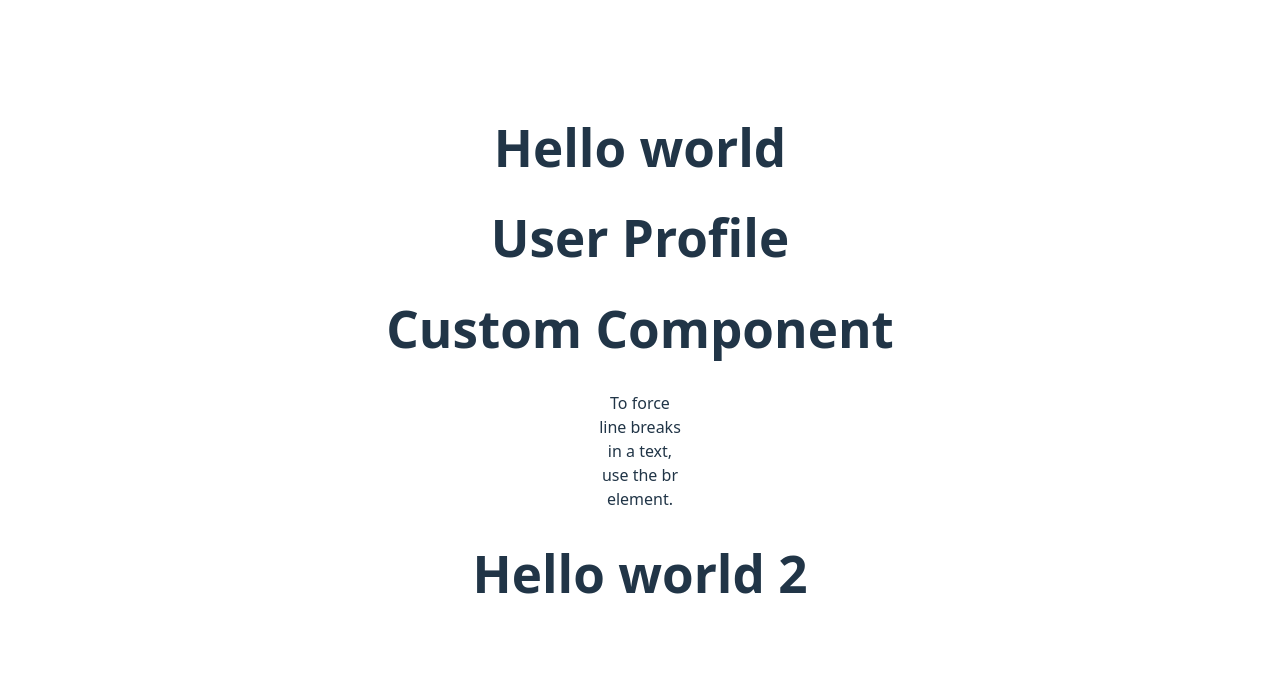
Repository: Janum4444/React-learning
Page: /
The author's editor kept a copy of each file at every save. The page is drawn from the files as they stood at one save, then again after the next save.
The browser window is 1280 px wide. The pictures show the whole page.
The project was rebuilt for these pictures with package versions that can differ from the ones it lists, and the page was loaded fresh each time. Also part of the build but not shown: vite.config.js.

Above is the page before, as saved 2026-02-21 19:56:32.

### src/App.jsx

import './App.css'
import { Hello } from './Hello.jsx'
import {UserProfile, CustomComponent} from './UserProfile.jsx'

function App() {

  return (
    <>
      <div>
        <h1> Hello world</h1>
        <UserProfile />
        <CustomComponent />
        <Hello />
      </div>
    </>
  )
}

export default App

### src/Hello.jsx
export const Hello = () => {
    let text = "Hello world 1"
    return (
        <>
            <div id="hello-container1">
                <h1> </h1>
            </div>

            <p>
                To force
                <br /> line breaks
                <br /> in a text,
                <br /> use the br
                <br /> element.
            </p>

            <div id="hello-container2">
                <h1> Hello world 2</h1>
            </div>
        </>
    );
};

### src/UserProfile.jsx


export const UserProfile = () => {
    return (
        <div>
            <h1> User Profile </h1>
        </div>
    )
}


export const CustomComponent = () => {
    return (
        <div>
            <h1> Custom Component </h1>
        </div>
    )
}

Loaded but not shown: src/main.jsx (common file); src/index.css (common file); src/App.css (common file)

After the next save:
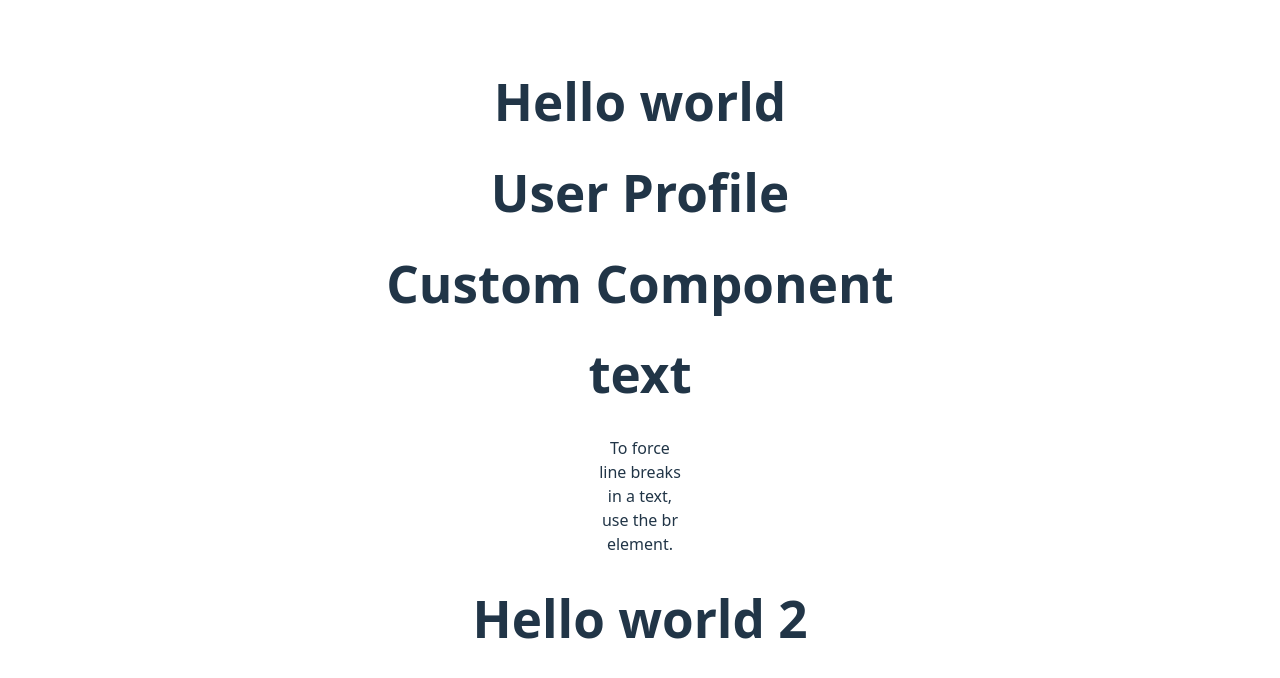
Saved 5 s later.
--- a/src/Hello.jsx
+++ b/src/Hello.jsx
@@ -3,7 +3,7 @@ export const Hello = () => {
     return (
         <>
             <div id="hello-container1">
-                <h1> </h1>
+                <h1> text</h1>
             </div>
 
             <p>
